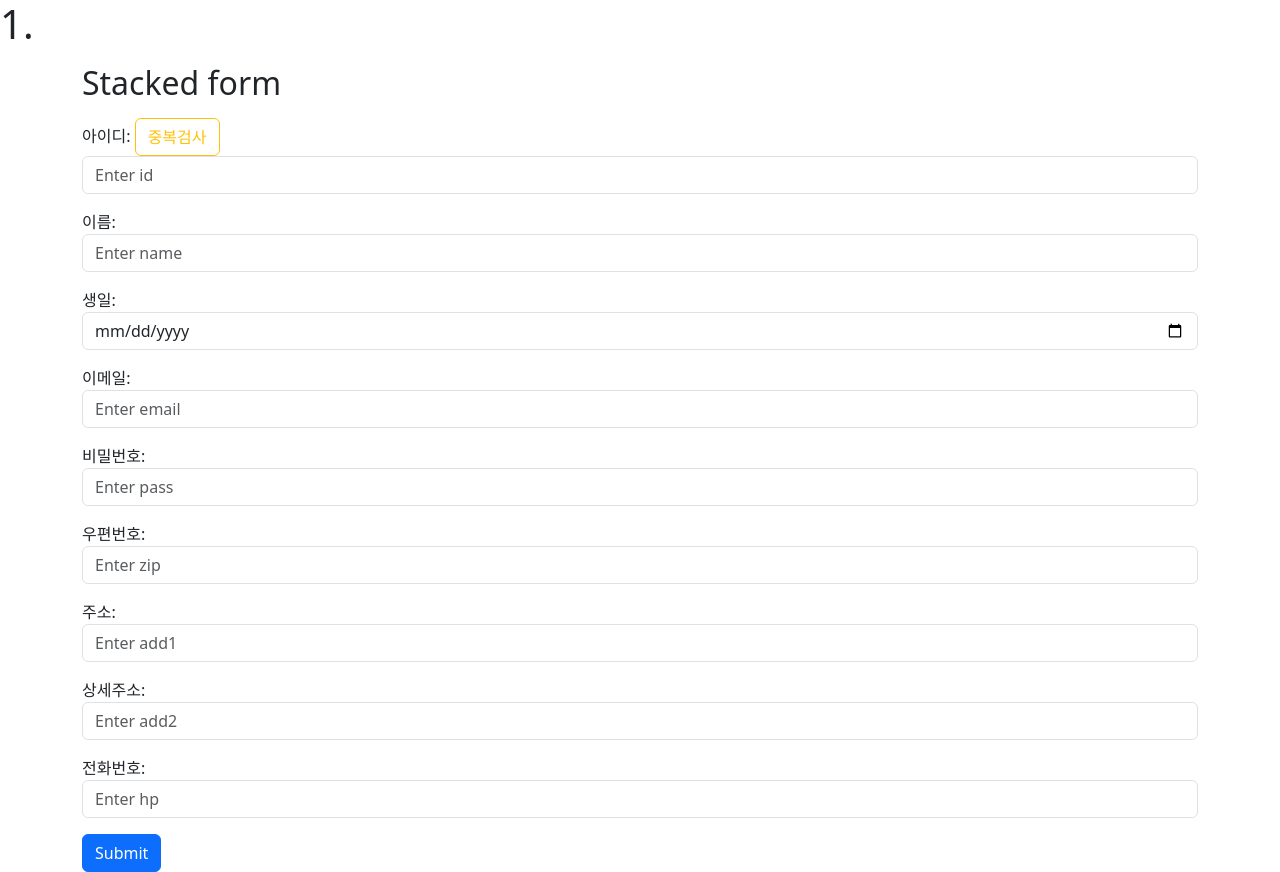
Repository: prawniel99/05_JQuery
Page: workspace/jqpro/WebContent/비동기6_ajax/join.html
The author's editor kept a copy of each file at every save. The page is drawn from the files as they stood at one save, then again after a run of saves.
The browser window is 1280 px wide. The pictures show the whole page.

Above is the page before, as saved 2024-08-29 03:26:19.

After the next 2 saves:
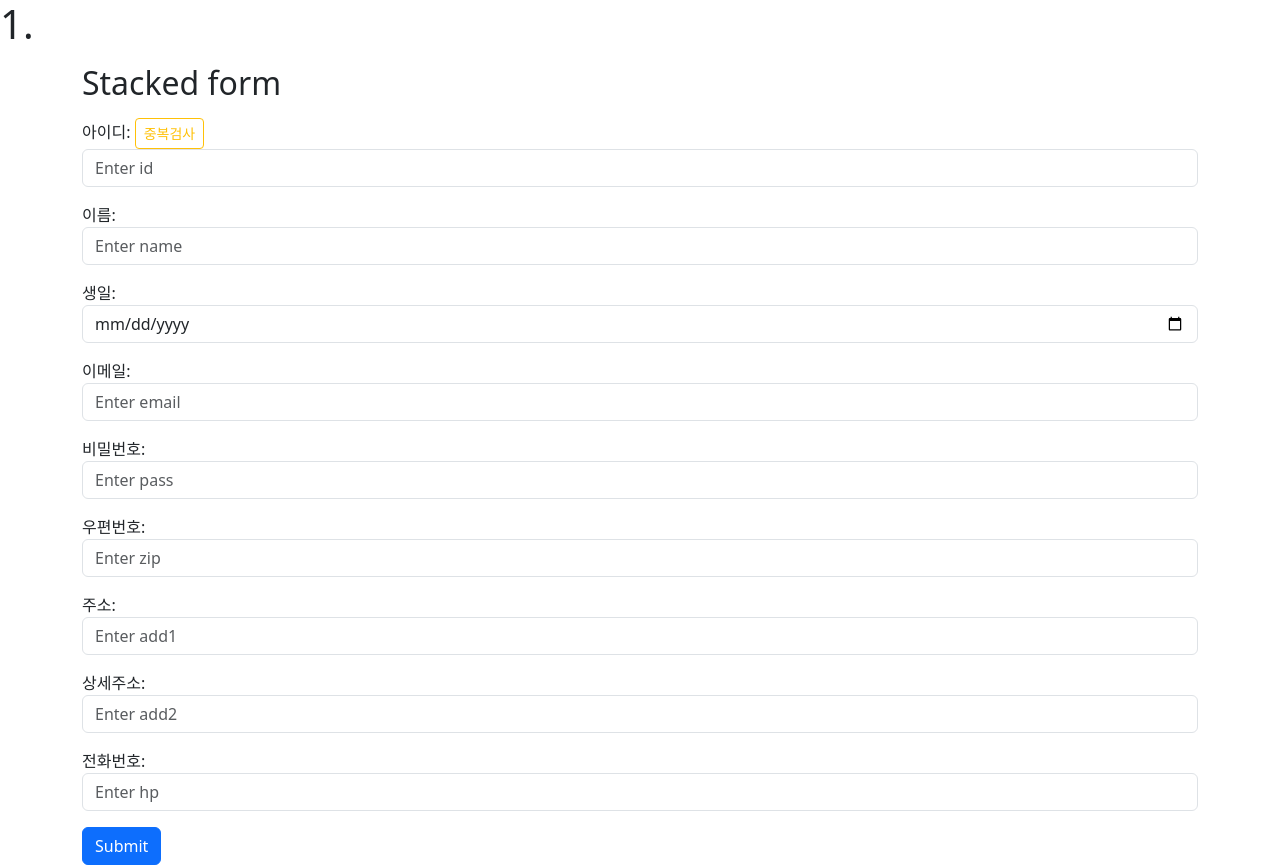
The 2 saves are shown as one change because they came seconds apart.
The last was saved 7 s later.
--- a/workspace/jqpro/WebContent/비동기6_ajax/join.html
+++ b/workspace/jqpro/WebContent/비동기6_ajax/join.html
@@ -35,7 +35,7 @@
 			<h2>Stacked form</h2>
 			<form>
 				<div class="mb-3 mt-3">
-					<label for="id">아이디:</label> <input type="button" value="중복검사" id="idcheck"  class="btn btn-outline-warning"  btn-sm">
+					<label for="id">아이디:</label> <input type="button" value="중복검사" id="idcheck"  class="btn btn-outline-warning btn-sm">
 					<input type="text" class="form-control" id="id" placeholder="Enter id" name="mem_id"> <!-- name은 db와 일치시킨 VO와 일치시켜야 한다 -->
 				</div>
 
